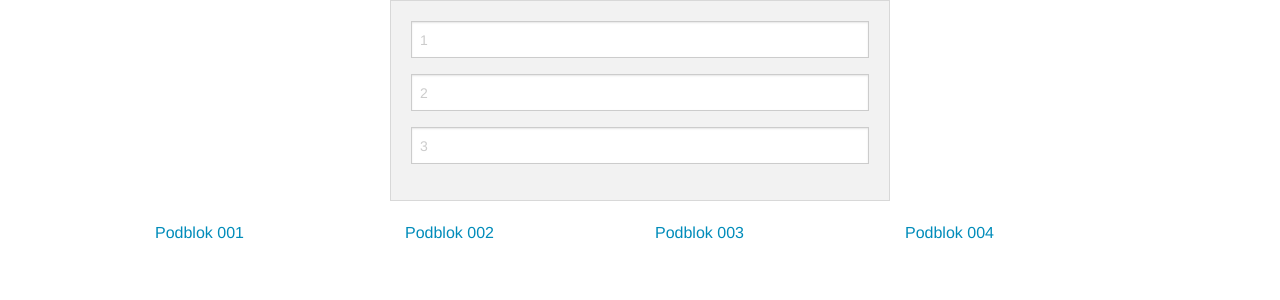
Repository: binczyk/RepoComarch
Page: strona/WebContent/foundation-5.5.2/exercise2.html
An editor plug-in stored every save of this project. The page is shown before and after the next save, followed by the edit.
The browser window is 1280 px wide. The pictures show the whole page.

Above is the page before, as saved 2015-07-14 07:56:13.

### strona/WebContent/foundation-5.5.2/exercise2.html
<!DOCTYPE html>
<html>
<head>
<meta charset="utf-8">
<meta http-equiv="X-UA-Compatible" content="IE=edge">
<link rel="stylesheet" href="css/foundation.css" />
<script src="js/vendor/modernizr.js"></script>
<title>Exercise 2 - Comarch</title>
</head>
<body>
	<div class="row">
		<div class="small-12 columns">
			<div class="row">
				<div class="small-6 columns small-centered panel">
					<form action="" method="post">
						<input type="text" placeholder="1"> <input type="text"
							placeholder="2"> <input type="text" placeholder="3">
					</form>
				</div>
			</div>
		</div>
		<div class="small-6 columns">
			<div class="row">
				<div class="small-6 columns" data-reveal-id="myModal">
					<a href="#">Podblok 001</a>
				</div>
				<div class="small-6 columns">
					<a href="#">Podblok 002</a>
				</div>
			</div>
		</div>
		<div class="small-6 columns">
			<div class="row">
				<div class="small-6 columns">
					<a href="#">Podblok 003</a>
				</div>
				<div class="small-6 columns">
					<a href="#">Podblok 004</a>
				</div>
			</div>
		</div>
	</div>

	<div id="myModal" class="reveal-modal" data-reveal
		aria-labelledby="modalTitle" aria-hidden="true" role="dialog">
		<h2 id="modalTitle">Awesome. I have it.</h2>
		<p class="lead">Your couch. It is mine.</p>
		<p>I'm a cool paragraph that lives inside of an even cooler modal.
			Wins!</p>
		<a class="close-reveal-modal" aria-label="Close">&#215;</a>
	</div>



	<script src="js/vendor/jquery.js"></script>
	<script src="js/foundation.min.js"></script>
	<script>
		$(document).foundation();
	</script>
</body>
</html>

Loaded but not shown: strona/WebContent/foundation-5.5.2/css/foundation.css (library); strona/WebContent/foundation-5.5.2/js/vendor/modernizr.js (library); strona/WebContent/foundation-5.5.2/js/vendor/jquery.js (library); strona/WebContent/foundation-5.5.2/js/foundation.min.js (library)

After the next save:
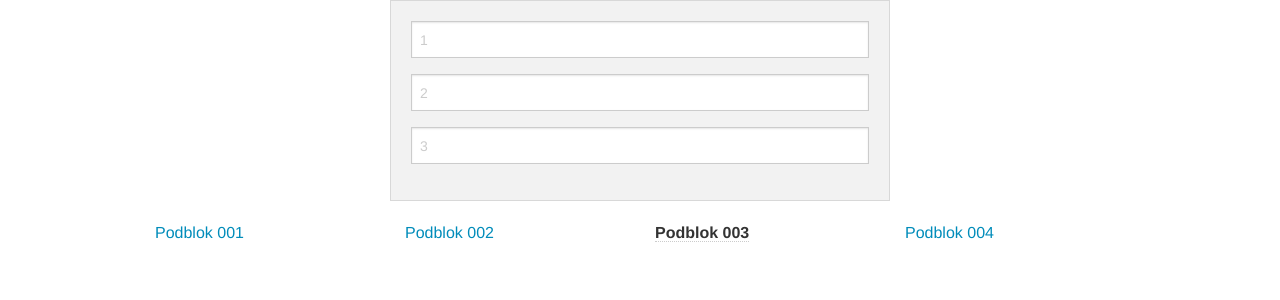
Saved 100 s later.
--- a/strona/WebContent/foundation-5.5.2/exercise2.html
+++ b/strona/WebContent/foundation-5.5.2/exercise2.html
@@ -32,7 +32,7 @@
 		<div class="small-6 columns">
 			<div class="row">
 				<div class="small-6 columns">
-					<a href="#">Podblok 003</a>
+					<a href="#"><span data-tooltip aria-haspopup="true" class="has-tip" title="Tooltips are awesome, you should totally use them!">Podblok 003</span></a>
 				</div>
 				<div class="small-6 columns">
 					<a href="#">Podblok 004</a>
